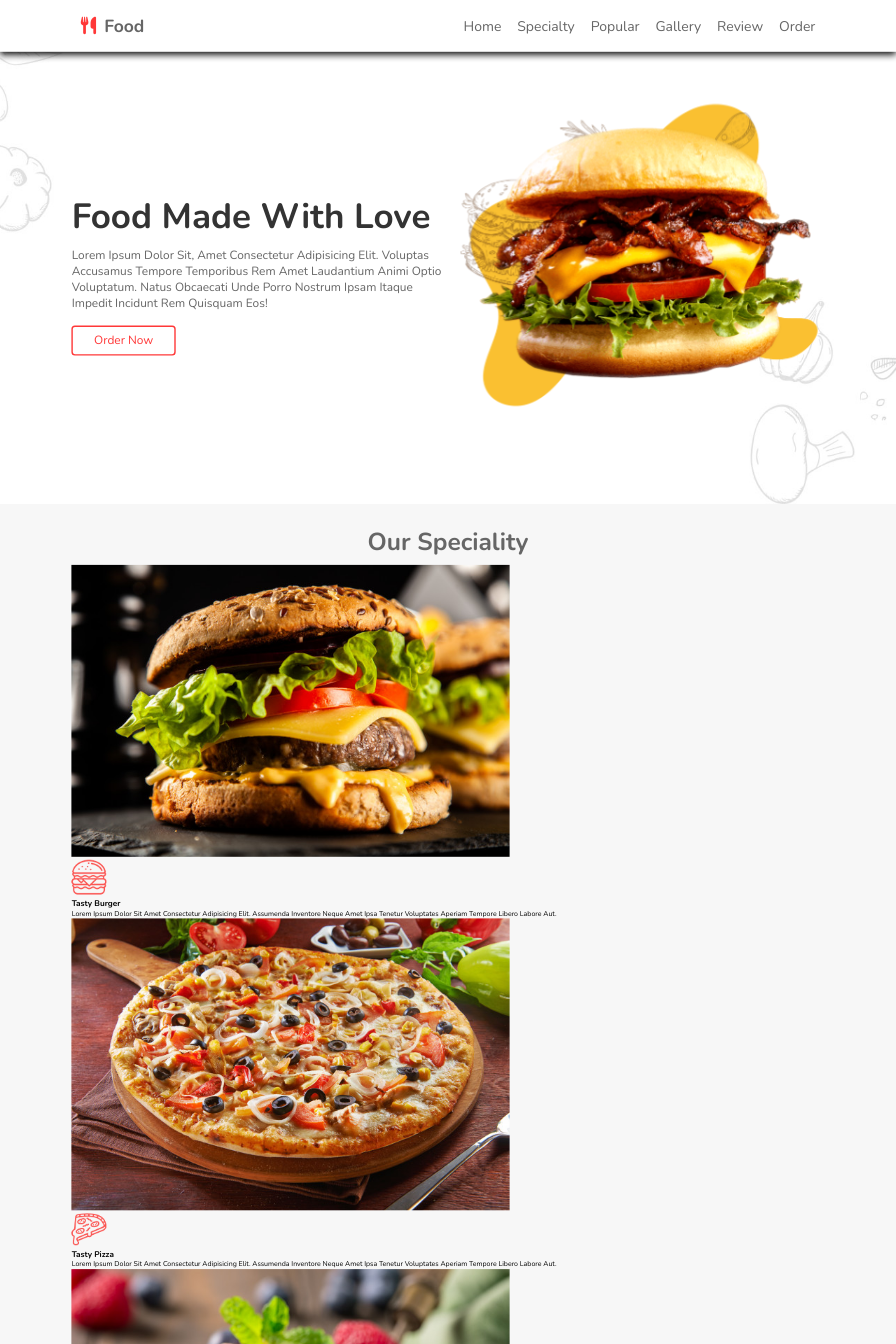
Repository: wenxi0504/ResturantApp-static-
Page: index.html
The author's editor kept a copy of each file at every save. The page is drawn from the files as they stood at one save, then again after the next save.
The browser window is 1280 px wide. The pictures show the part of the page from y = 0 to 1920 px (the page is 3875 px tall), at 70% of full size.

Above is the page before, as saved 2022-01-09 23:32:53.
Console error: TypeError: Cannot read properties of null (reading 'classList')

After the next save:
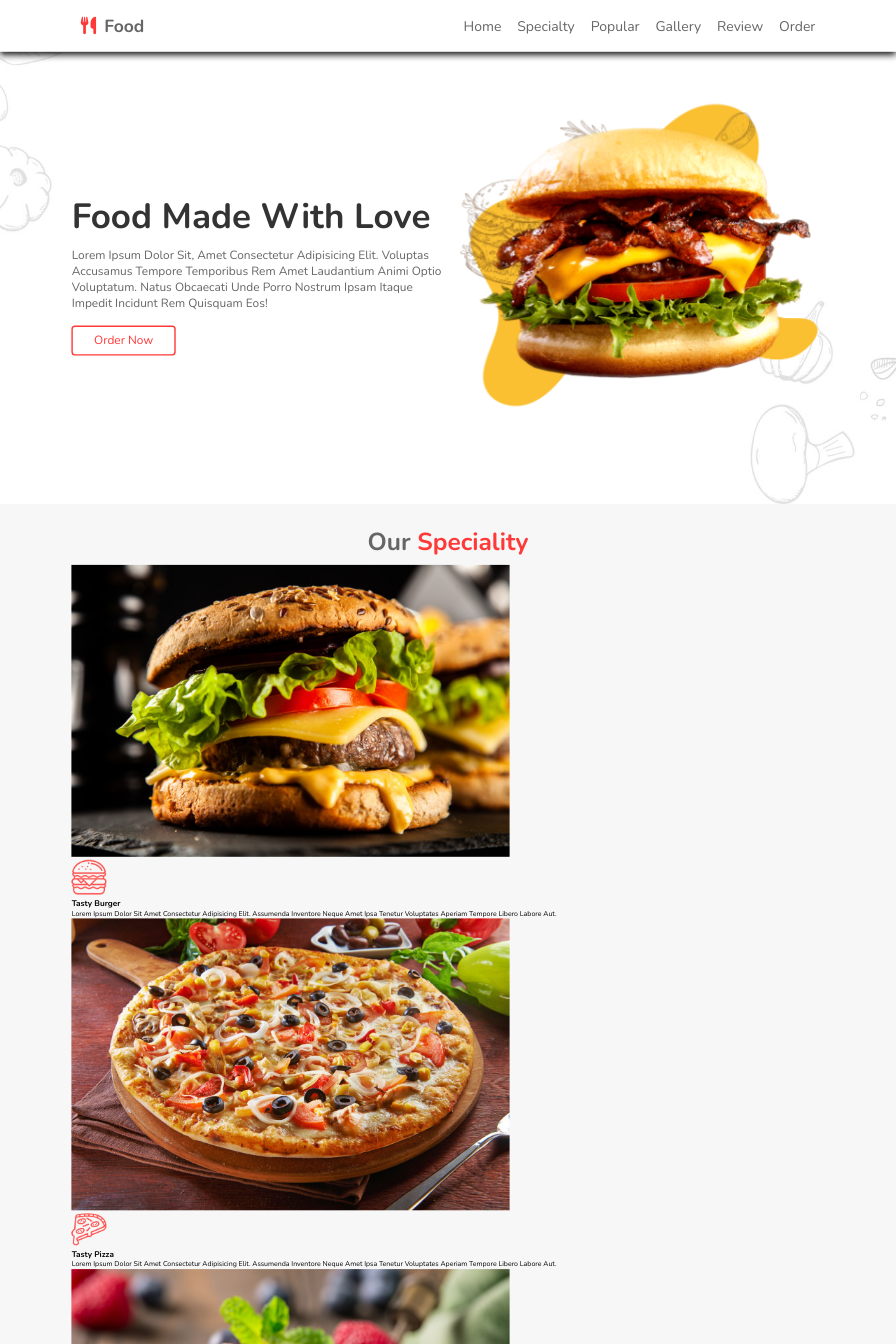
Saved 32 s later.
--- a/style.css
+++ b/style.css
@@ -176,7 +176,9 @@ color:#333;
   color:#666
 }
 
-
+.heading span{
+  color:var(--red);
+}
 
 
 
